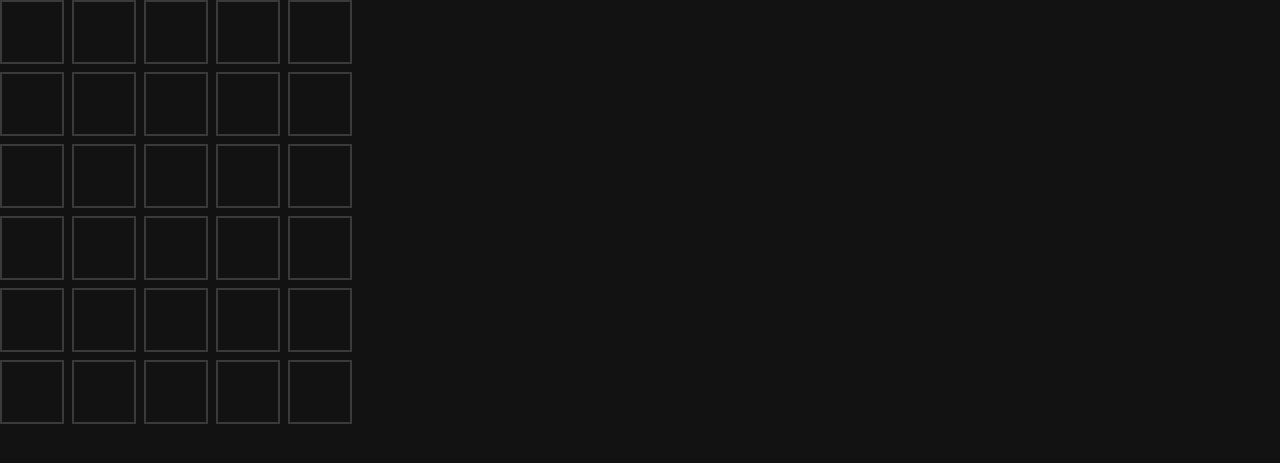
Repository: maxempolk/wordle-app
Page: / (app in frontend/)
The author's editor kept a copy of each file at every save. The page is drawn from the files as they stood at one save, then again after a run of saves.
The browser window is 1280 px wide. The pictures show the whole page.
The project was rebuilt for these pictures with package versions that can differ from the ones it lists, and the page was loaded fresh each time. Also part of the build but not shown: frontend/vite.config.ts.

Above is the page before, as saved 2025-02-19 02:50:40.

After the next 2 saves:
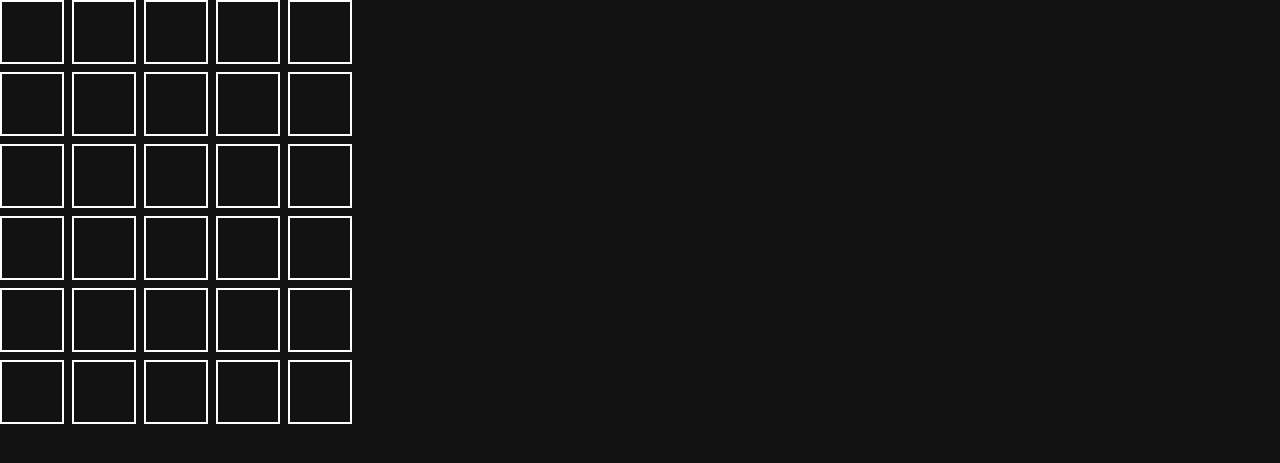
The 2 saves are shown as one change because they came seconds apart.
The last was saved 44 s later.
--- a/frontend/src/components/TheLetter.vue
+++ b/frontend/src/components/TheLetter.vue
@@ -57,7 +57,7 @@ defineExpose({ completeAnimation })
 <template>
   <div
     class="w-16 h-16 border-2 text-white flex justify-center items-center text-3xl uppercase duration-150"
-    :class="borderDefaultColor"
+    :class="{ borderDefaultColor: !!borderDefaultColor }"
     ref="block"
   >
     {{ modelValue }}
